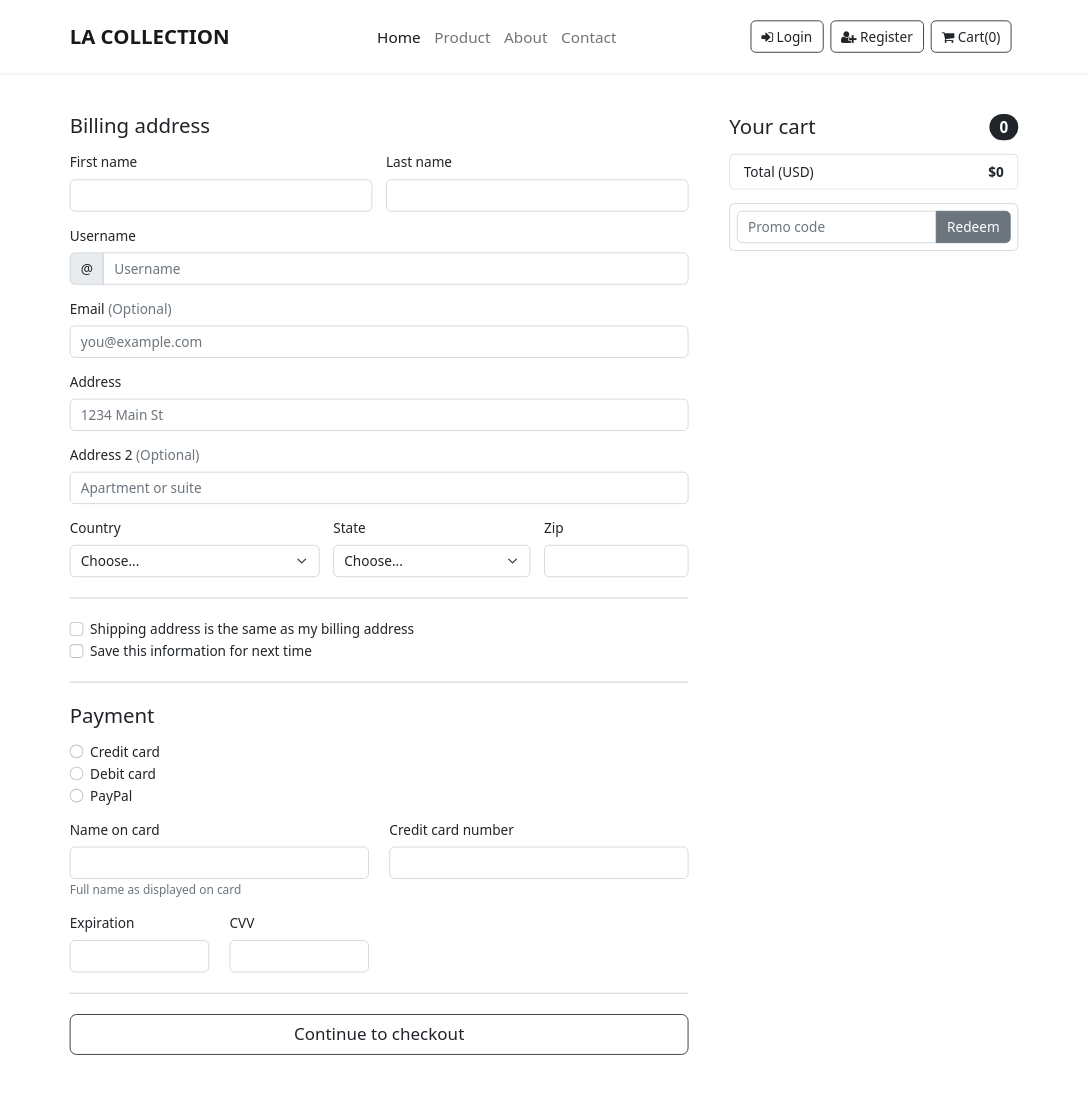
Repository: tiendungjr123/Ecommerce
Page: /checkout
An editor plug-in stored every save of this project. The page is shown before and after the next save, followed by the edit.
The browser window is 1280 px wide. The pictures show the whole page, at 85% of full size.
The project was rebuilt for these pictures with package versions that can differ from the ones it lists, and the page was loaded fresh each time. Also part of the build but not shown: src/components/Products.jsx, src/components/Home.jsx, src/components/Register.jsx, src/redux/action/index.js, src/components/ProductDetail.jsx, src/components/About.jsx, src/components/Contact.jsx, src/components/Cart.jsx.

Above is the page before, as saved 2022-10-04 15:14:03.

After the next save:
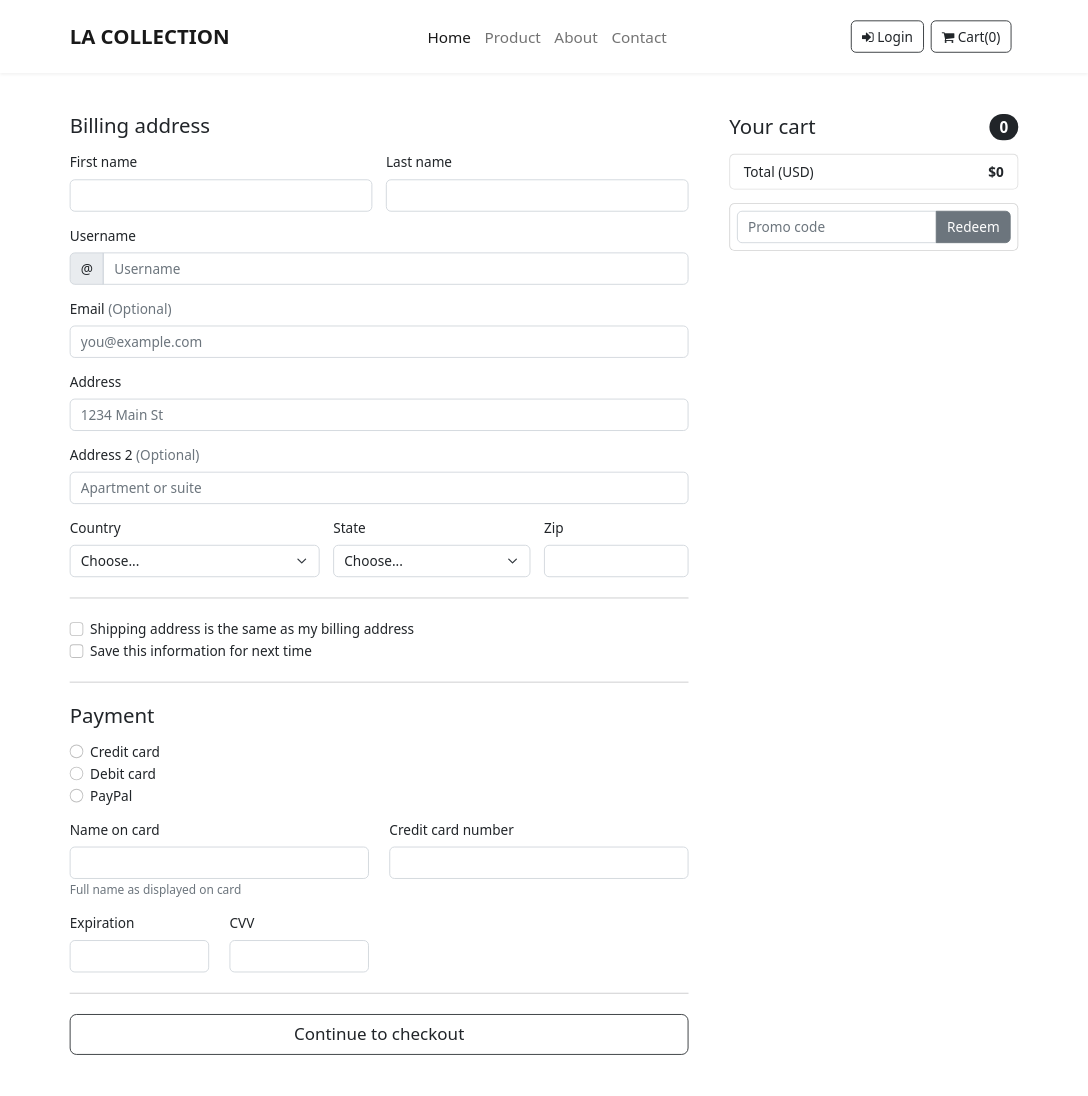
Saved 17 s later.
--- a/src/components/Navbar.jsx
+++ b/src/components/Navbar.jsx
@@ -29,13 +29,14 @@ const Navbar = () => {
                      </li>
                   </ul>
                   <div className="buttons">
-                     <NavLink to="/login" className='btn btn-outline-dark'>
+                     {/* <NavLink to="/login" className='btn btn-outline-dark'>
                         <i className='fa fa-sign-in me-1'></i>Login
                      </NavLink>
                      <NavLink to="/register" className='btn btn-outline-dark ms-2'>
                         <i className='fa fa-user-plus me-1'></i>Register
                      </NavLink>
-
+                      */}
+                     <Login/>
                      <NavLink to="/cart" className='btn btn-outline-dark m-2'>
                         <i className='fa fa-shopping-cart me-1'></i>Cart({state.length})
                      </NavLink>
